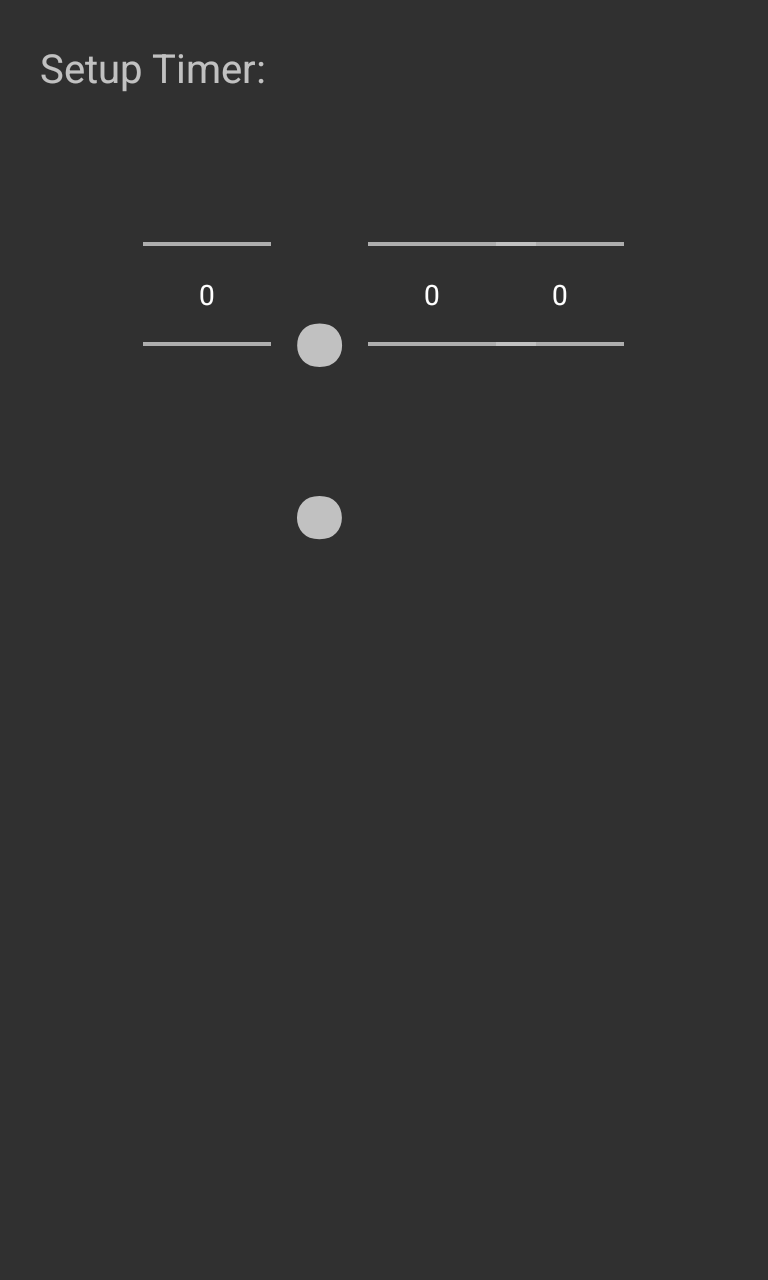
Repository: deanzaka/Shroom-Smart-Terminal
Layout: IOIOShroomST/res/layout/timer.xml
An editor plug-in stored every save of this project. The layout is shown before and after the next save, followed by the edit.
It is drawn on a 768 x 1280 px phone screen (xhdpi) without system bars, with theme Theme.AppCompat; the app's code is not run.

Above is the layout before, as saved 2014-11-18 10:16:53.

After the next save:
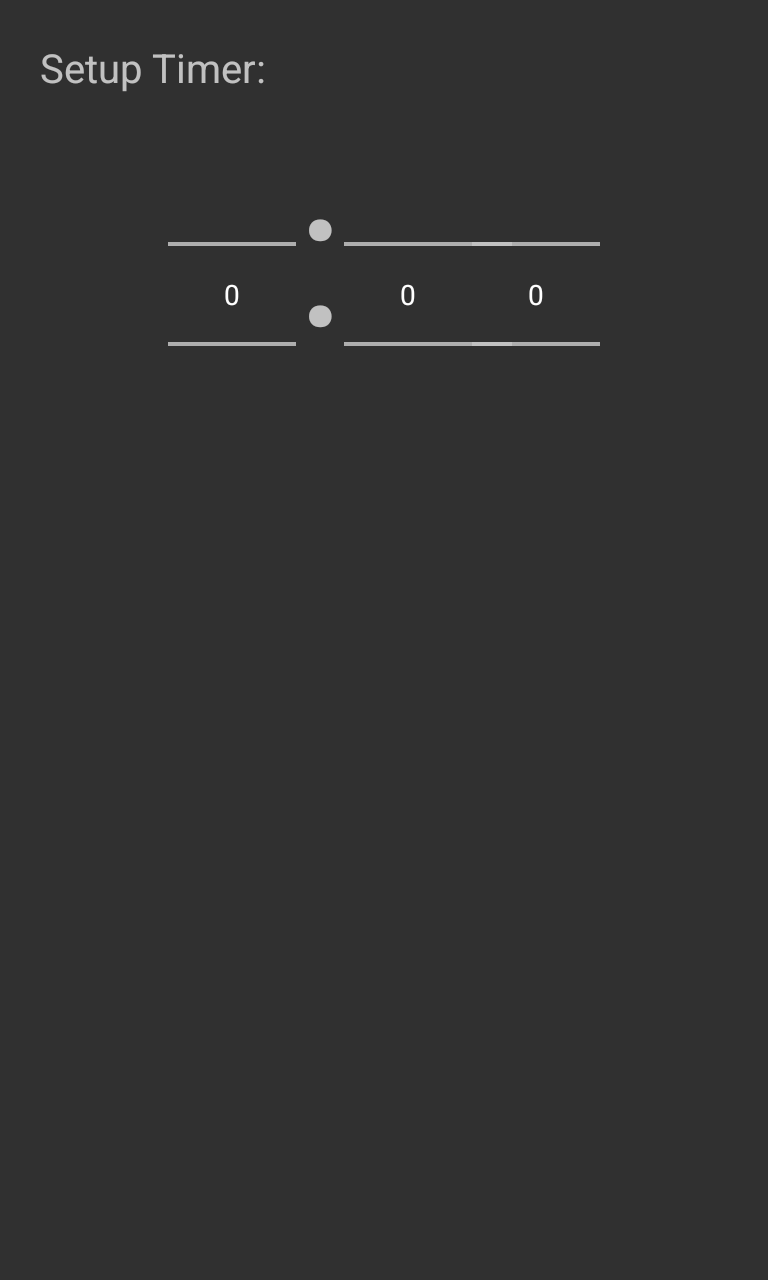
Saved 21 s later.
--- a/IOIOShroomST/res/layout/timer.xml
+++ b/IOIOShroomST/res/layout/timer.xml
@@ -28,7 +28,7 @@
 	        android:layout_width="wrap_content"
 	        android:layout_height="wrap_content"
 	        android:text=":"
-	        android:textSize="200sp"
+	        android:textSize="100sp"
 	        android:layout_toRightOf="@id/userHour"/>
 
 	    <NumberPicker
